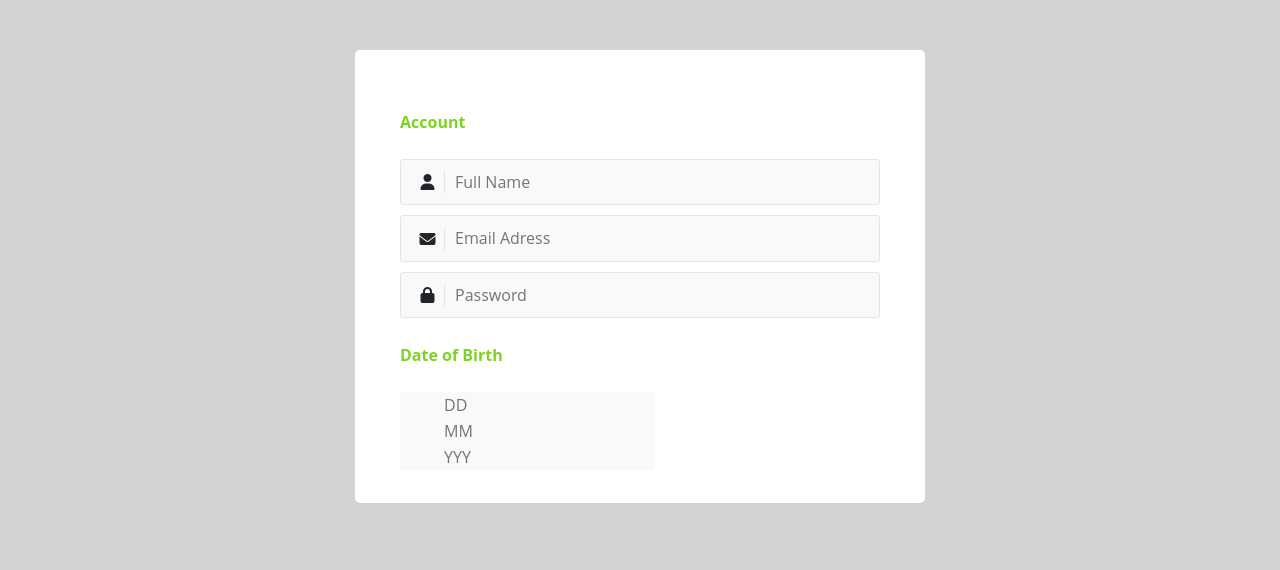
Repository: letrongtinh27/LapTrinhWeb
Page: Payment/index.html
An editor plug-in stored every save of this project. The page is shown before and after the next save, followed by the edit.
The browser window is 1280 px wide. The pictures show the whole page.

Above is the page before, as saved 2022-10-11 21:23:14.

### Payment/index.html
<!DOCTYPE html>
<html lang="en">
<head>
    <meta charset="UTF-8">
    <meta http-equiv="X-UA-Compatible" content="IE=edge">
    <meta name="viewport" content="width=device-width, initial-scale=1.0">
    <title>Document</title>
    <link rel="stylesheet" href="./reset.css">
    <link rel="stylesheet" href="./style.css">
    <link rel="stylesheet" href="https://cdn.jsdelivr.net/npm/bootstrap@4.3.1/dist/css/bootstrap.min.css" integrity="sha384-ggOyR0iXCbMQv3Xipma34MD+dH/1fQ784/j6cY/iJTQUOhcWr7x9JvoRxT2MZw1T" crossorigin="anonymous">
    <link rel="stylesheet" href="https://cdnjs.cloudflare.com/ajax/libs/font-awesome/6.2.0/css/all.min.css" integrity="sha512-xh6O/CkQoPOWDdYTDqeRdPCVd1SpvCA9XXcUnZS2FmJNp1coAFzvtCN9BmamE+4aHK8yyUHUSCcJHgXloTyT2A==" crossorigin="anonymous" referrerpolicy="no-referrer" />
</head>
<body>
    <div class="payment">
        <form action="#" class="form-payment">
            <h4 class="title">Account</h4>
            <div class="form-group">
            <div class="form-item">
                <input type="text" placeholder="Full Name">
                <div class="icon icon-name">
                    <i class="fa-solid fa-user"></i>
                </div>
            </div>
            <div class="form-item">
                <input type="email" placeholder="Email Adress">
                <div class="icon icon-email">
                    <i class="fa-solid fa-envelope"></i>
                </div>
            </div>
            <div class="form-item">
                <input type="password" placeholder="Password">
                <div class="icon icon-pass">
                    <i class="fa-solid fa-lock"></i>
                </div>
            </div>
        </div>
        <div class="form-group2">
            <div class="date">
                <h4 class="title">Date of Birth</h4>
                <div class="input-group">
                    <div class="col-third"> <input type="number" placeholder="DD"></div>
                    <div class="col-third"> <input type="number" placeholder="MM"></div>
                    <div class="col-third"> <input type="number" placeholder="YYY"></div>
                </div>
            </div>

        </div>

            <!-- <div class="form-item">
                <div class="card">
                    <input type="radio"> Credit Card
                    <i class="fa-brands fa-cc-visa"></i>
                </div>
                <div class="card">
                    <input type="radio"> Paypal
                    <i class="fa-brands fa-cc-paypal"></i>
                </div>
                </div> -->
                <!-- <div class="form-item">
                    <input type="text" placeholder="Card Number">
                    <div class="icon icon-card">
                        <i class="fa-solid fa-credit-card"></i>
                    </div>
                </div> -->
                <!-- <div class="form-item">
                   <div class="left">
                    <select name="" id="">
                        <option value="">01 Jan</option>
                        <option value="">02 Jan</option>
                    </select>
                    <select name="" id="">
                        <option value="">2015</option>
                        <option value="">2016</option>
                    </select>
                   </div>
                </div> -->
                <!-- <div class="form-item">
                    <h4 class="title">Terms and Conditions</h4>
                    <input type="radio">
                    <label for="">I accept the term and conditions for signing up to this service, and here by confirm i have read the privacy policy.</label>
                </div> -->
        </form>
    </div>
</body>
</html>

### Payment/style.css
/* https://codepen.io/josecarneiro/pen/Kwbapp @import: "libs/base.less"; */
body {
    font-family: 'Open Sans',sans-serif !important;
    background-color: lightgray !important;
}
.payment{
    width: 100%;
    max-width: 570px;
    margin: 50px auto;
    justify-content: center;
    align-items: center;
    display: flex;
    border-radius: 5px;
    background-color: #fff;
    padding: 35px 45px;
}
.form-payment{
    font-family: 'Open Sans',sans-serif;
}
.title{
    color: #7ed321;
    font-size: 16px;
    font-weight: bold;
    line-height: 1.5;
    margin: 25px 0px;
}
.form-group{
    position: relative;

}
.form-item, .form-group2 .form-item .col-third {
    width: 100%;
    padding: 10px;
    line-height: 1.4;
    border: 1px solid #e5e5e5;
    border-radius: 3px;
    background-color: #f9f9f9;
    margin-bottom: 10px;
}

.form-item > input, .col-third > input{
    padding-left: 44px;
    border: 0;
    outline: none;
    background-color: #f9f9f9;
    margin: 0 auto;
}


.icon {
    display: block;
    position: absolute;
    width: 34px;
    text-align: center;
    border-right: 1px solid #e5e5e5;
}
.icon-name{
    top: 12px;
}
.icon-email{
    top: 69px;
}

.icon-pass {
    top: 125px;
}

.icon-card {
    top: 777px;
}

.form-group2 {
    display: block;
    width: 100%;
    height: 125px;
}
.input-group{
    margin-bottom: 10px;
}
.form-group2 .form-item .col-third{
    padding-right: 10px;
    float: left;
    width: 33%;
}

.card{

}
.right{

}
.left{

}

Loaded but not shown: Payment/reset.css (common file)

After the next save:
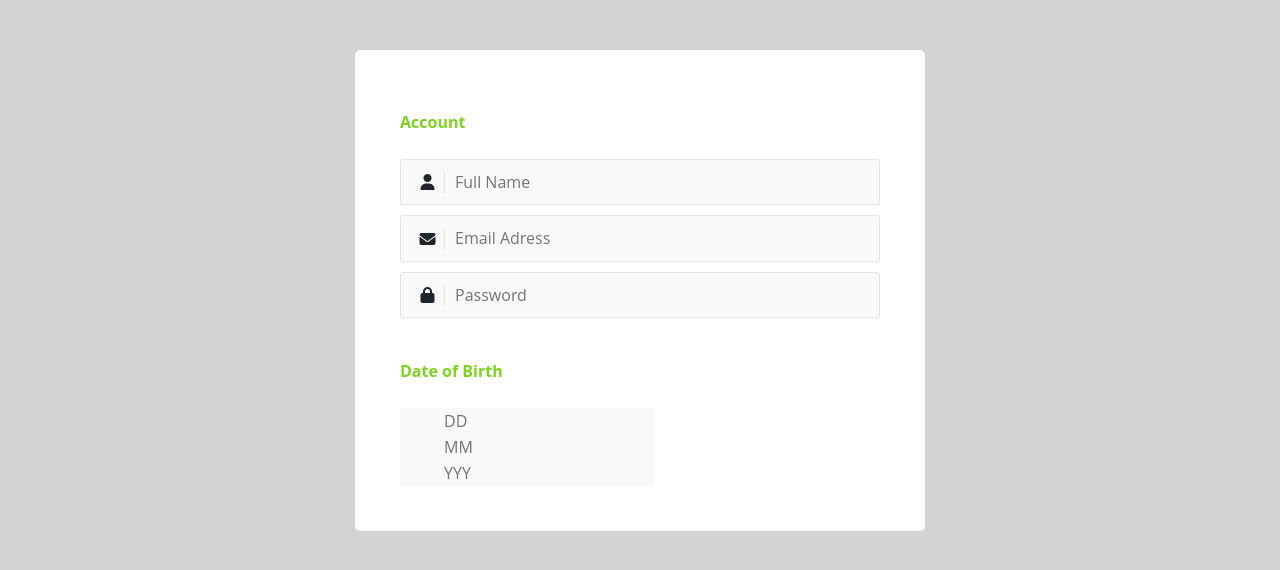
Saved 36 s later.
--- a/Payment/style.css
+++ b/Payment/style.css
@@ -74,6 +74,12 @@ body {
     width: 100%;
     height: 125px;
 }
+
+.date {
+    padding-right: 10px;
+    float: left;
+    width: 50%;
+}
 .input-group{
     margin-bottom: 10px;
 }
